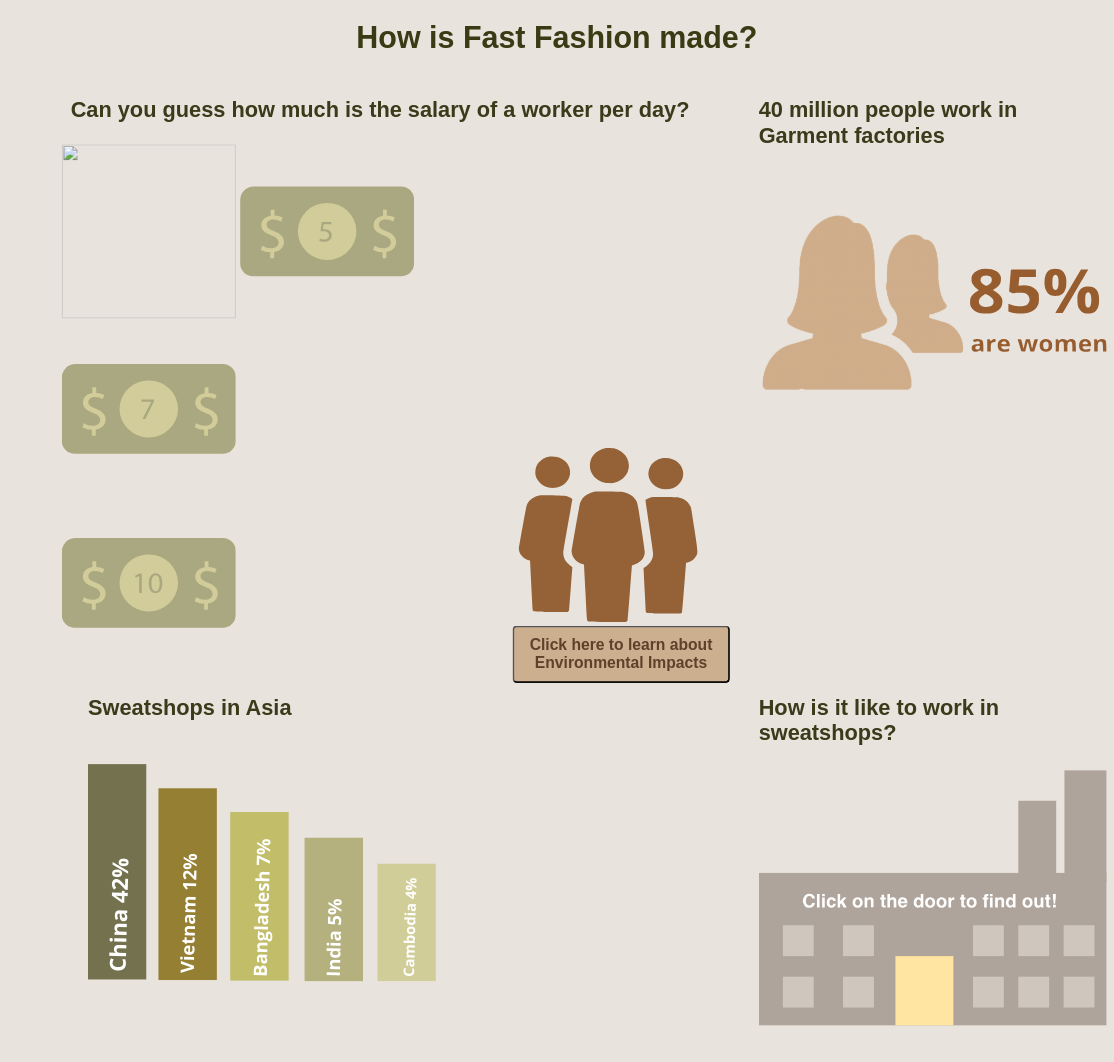
Repository: DevOfHockey/mdia-2190-midterm
Page: fashionlabor.html
An editor plug-in stored every save of this project. The page is shown before and after the next save, followed by the edit.
The browser window is 1280 px wide. The pictures show the whole page, at 87% of full size.

Above is the page before, as saved 2022-03-07 19:00:11.

### fashionlabor.html
<!DOCTYPE html>
<html>
  <head>
    <title>Fashion Labor</title>
    <script src="comps/header.js"></script>
    <script src="comps/subheading.js"></script>
    <script src="comps/infobox.js"></script>
    <script src="comps/salarybox.js"></script>
    <link rel="stylesheet" href="fashionlabor.css">
  </head>
<!-- Header -->
  <body>
  <div class="main"></div>
    <div class="Headings">
      <the-header
        name="Sample Header">
      </the-header>
      <the-subheading
        name="Sample Sub-heading">
      </the-subheading>
    </div>

<!-- Images with Info-->
    <div id="info">
      <div class="salary">
        <p>Can you guess how much is the salary of a worker per day?</p>
        <the-salary></the-salary>
      </div>

      <div class="asia">
        <the-info
          name="40 million people work in Garment factories"
          img="/imgs/women.svg">
        </the-info>
      </div>

      <div class="environment">
        <img src="/imgs/human.svg" class="human" width="220" height="200">
        <button>Click here to learn about Environmental Impacts</button>
      </div>

      <div class="people">
        <the-info
          name="Sweatshops in Asia">
        </the-info>
      </div>

      <div class="sweatshops">
        <the-info
          name="How is it like to work in sweatshops?"
          img="/imgs/sweatshop.svg">
        </the-info>
      </div>
    </div>
  </div>

  </body>
</html>

### comps/header.js
var template_header = document.createElement("template"); //<template> </template> RULE

//To-do - CREATE THE UI HERE!
template_header.innerHTML = `
<div class = "header">
<h1> How is Fast Fashion made? </h1>
</div>
<style>
h1 {
    color: #393b14;
    font-size: 35px;
}
</style>
`;

//MUST HAVE - CREATE A CLASS WITH HTMLELEMENT POWERS (interfaces/functionalities)
class TheHeader extends HTMLElement {

    //MUST HAVE - CREATE A CONSTRUCTOR TO DO INITAL ASSOCIATIONS
    constructor(){
        super(); //pass on the HTMLElement super powers!
        this.attachShadow({mode:"open"}) //Attach it to the shadowRoot

        //To-do - CREATE THE STATES FOR THE UI HERE!
    }

    //MUST HAVE - FUNCTION THAT RUNS AFTER IT'S CONNECTED
    connectedCallback(){
        this.shadowRoot.appendChild(template_header.content.cloneNode(true)); //use the template to make a clone
    }

    //To-do - CREATE THE FUNCTIONALITIES HERE!
}

//MUST HAVE - define the tag for the custom elements
customElements.define("the-header", TheHeader)

### comps/infobox.js
//MUST HAVE - CREATE A TEMPLATE TAG
var template_info = document.createElement("template"); //<template> </template> RULE

//To-do - CREATE THE UI HERE!
template_info.innerHTML = `
<div id = "info_cont">
<h3>Info Title<h3>
<img id='image' src='/imgs/sweatshopsgraph.svg' />
</div>

<style>
h3 {
    font-size: 25px;
    font-weight: bold;
    color: #393B1A;
    text-align: left;
    margin-left: 30px;
}

#image {
    width: 400px;
    height: 300px;
}
`;

//MUST HAVE - CREATE A CLASS WITH HTMLELEMENT POWERS (interfaces/functionalities)
class TheInfo extends HTMLElement {

    //MUST HAVE - CREATE A CONSTRUCTOR TO DO INITAL ASSOCIATIONS
    constructor(){
        super(); //pass on the HTMLElement super powers!
        this.attachShadow({mode:"open"}) //Attach it to the shadowRoot

        //To-do - CREATE THE STATES FOR THE UI HERE!
    }

    //MUST HAVE - FUNCTION THAT RUNS AFTER IT'S CONNECTED
    connectedCallback(){
        this.shadowRoot.appendChild(template_info.content.cloneNode(true)); //use the template to make a clone
        //console.log(this.getAttribute("name"))
        if(this.getAttribute("name")){
        this.shadowRoot.querySelector("#info_cont > h3").innerText = this.getAttribute("name");
        }
        if(this.getAttribute("img")){
        this.shadowRoot.querySelector("img").src = this.getAttribute("img");
        }
    }

    //To-do - CREATE THE FUNCTIONALITIES HERE!
}

//MUST HAVE - define the tag for the custom elements
customElements.define("the-info", TheInfo)

### comps/salarybox.js
//MUST HAVE - CREATE A TEMPLATE TAG
var template_salary = document.createElement("template"); //<template> </template> RULE

//To-do - CREATE THE UI HERE!
template_salary.innerHTML = `
<style>
img {
    width: 200px;
    height: 200px;
}

img:nth-child(3) {
    display: flex;
}

</style>

<div class="salarybox">
    <img src="/imgs/2dollar.svg">
    <img src="/imgs/5dollar.svg">
    <img src="/imgs/7dollar.svg">
    <img src="/imgs/10dollar.svg">
</div>
`;

//MUST HAVE - CREATE A CLASS WITH HTMLELEMENT POWERS (interfaces/functionalities)
class TheSalary extends HTMLElement {

    //MUST HAVE - CREATE A CONSTRUCTOR TO DO INITAL ASSOCIATIONS
    constructor(){
        super(); //pass on the HTMLElement super powers!
        this.attachShadow({mode:"open"}) //Attach it to the shadowRoot

        //To-do - CREATE THE STATES FOR THE UI HERE!
    }

    //MUST HAVE - FUNCTION THAT RUNS AFTER IT'S CONNECTED
    connectedCallback(){
        this.shadowRoot.appendChild(template_salary.content.cloneNode(true)); //use the template to make a clone
    }

    //To-do - CREATE THE FUNCTIONALITIES HERE!
}

//MUST HAVE - define the tag for the custom elements
customElements.define("the-salary", TheSalary)

### fashionlabor.css
body {
    background-color: #e8e3dc;
    font-family: Arial, Helvetica, sans-serif;
}
.Headings {
    text-align: center;
    font-family: Arial, Helvetica, sans-serif;
}
#info {
    display: grid;
    grid-template-columns: 2fr 1fr;
    margin-left: 5%;
}
button {
    display:flex;
    align-self: center;
    background-color: #CBAF8F;
    color: #5E412B;
    text-align: center;
    padding: 10px;
    text-decoration: none;
    font-family: Arial, Helvetica, sans-serif;
    font-size: 18px;
    font-weight: bold;
    border-radius: 5px;
    width: 250px;
}
.environment {
    align-self: center;
    position: absolute;
    left: 46%;
}
p {
    font-size: 25px;
    font-weight: bold;
    color: #393B1A;
    text-align: left;
    margin-left: 10px;
}

### imgs/2dollar.svg
<svg id="Layer_2" data-name="Layer 2" xmlns="http://www.w3.org/2001/svg" viewBox="0 0 141.25 78.75"><defs><style>.cls-1,.cls-4{fill:#aaa880;}.cls-2,.cls-3{fill:#d0cd99;}.cls-3{font-size:48px;}.cls-3,.cls-4{font-family:OpenSans, Open Sans;}.cls-4{font-size:25.95px;}</style></defs><rect class="cls-1" width="141.25" height="78.75" rx="7.38"/><ellipse class="cls-2" cx="71.86" cy="40.05" rx="24.28" ry="23.6"/><text class="cls-3" transform="translate(12.5 57.56)">$</text><text class="cls-3" transform="translate(102.29 58.12)">$</text><text class="cls-4" transform="translate(63.89 49.4) scale(1.1 1)">2</text></svg>

Loaded but not shown: comps/subheading.js (no copy from this time; the picture is the same without it)

After the next save:
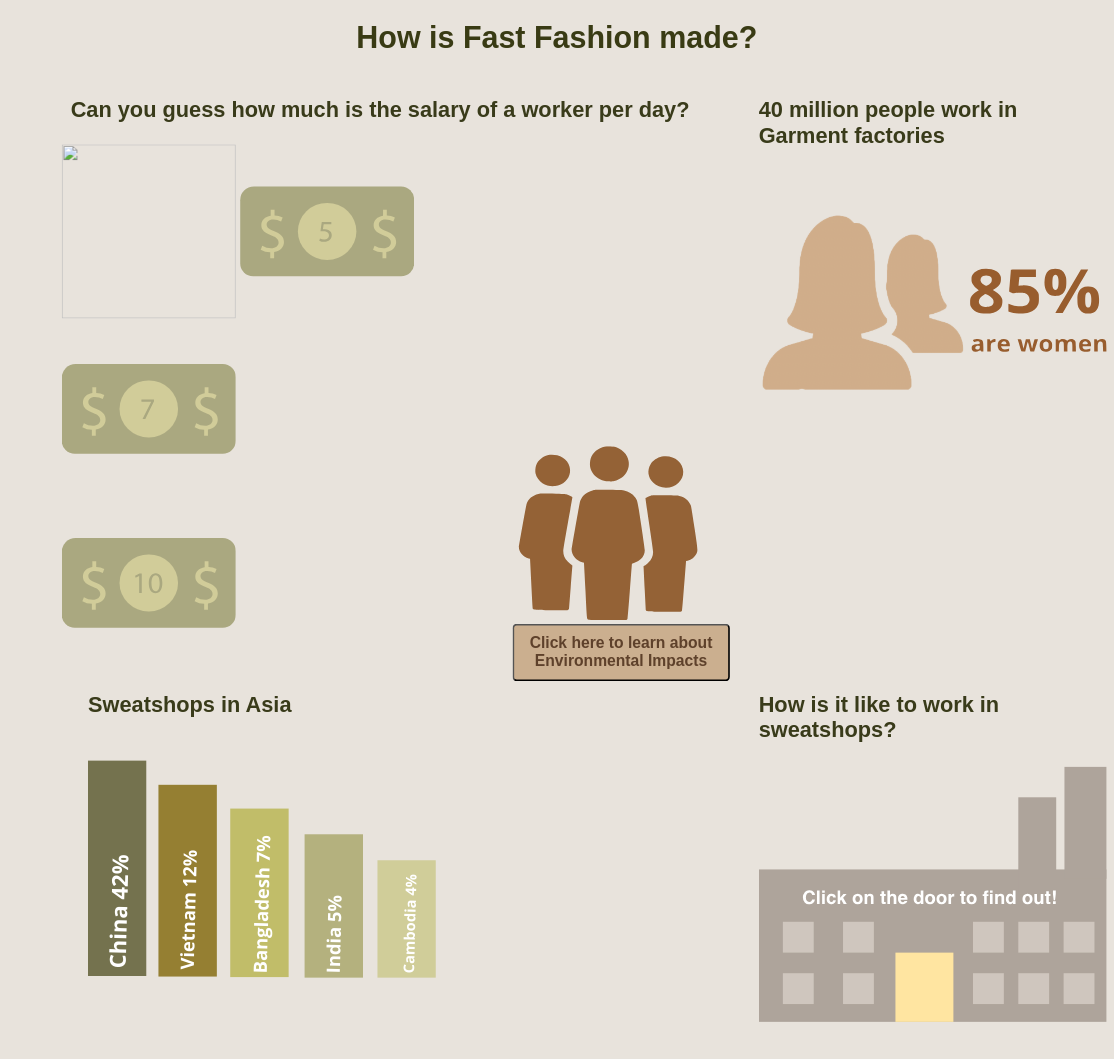
Saved 9 s later.
--- a/comps/salarybox.js
+++ b/comps/salarybox.js
@@ -13,6 +13,9 @@ img:nth-child(3) {
     display: flex;
 }
 
+img:nth-child(4) {
+    display: flex;
+}
 </style>
 
 <div class="salarybox">
